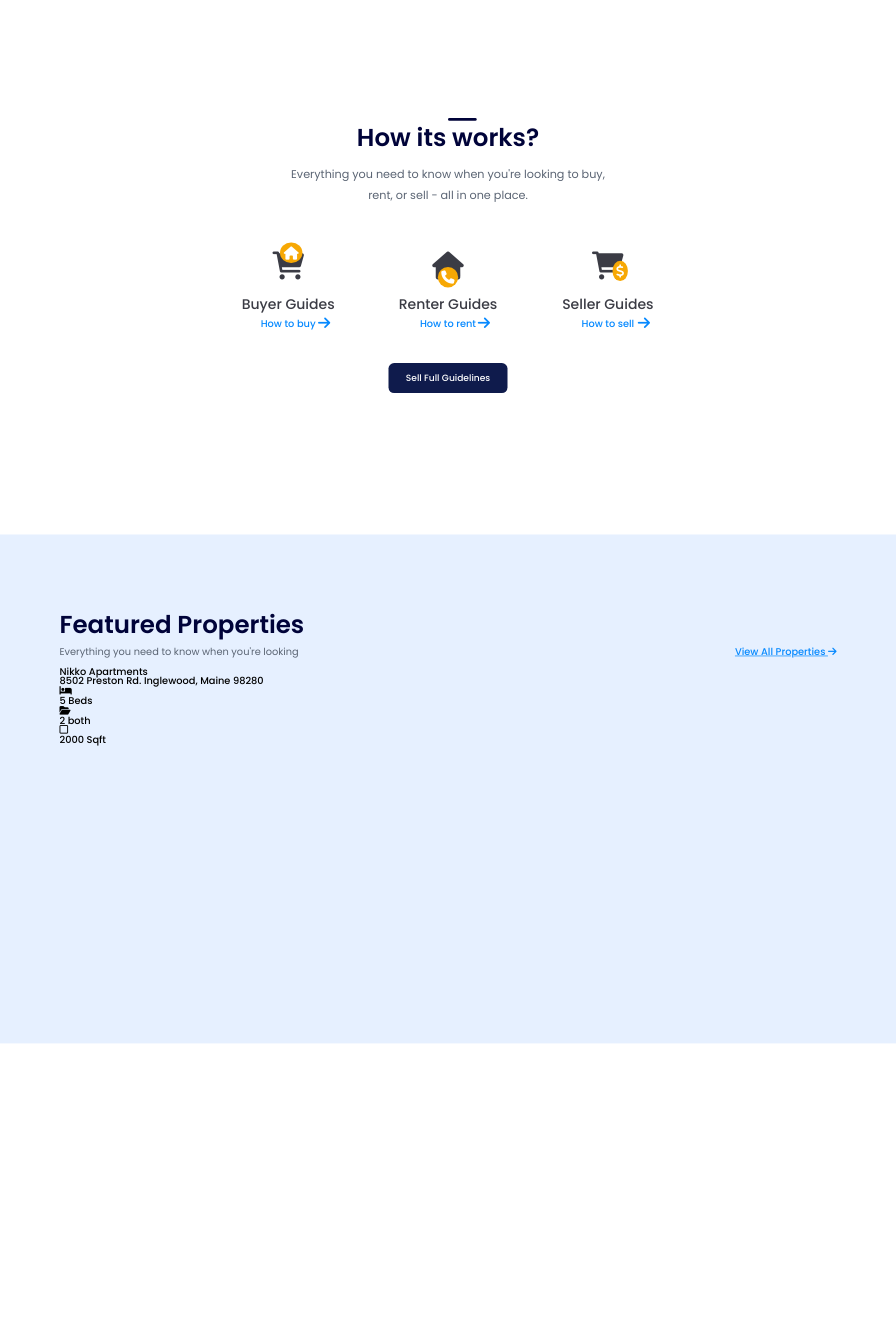
Repository: kauittt/f8-htmlcss-01
Page: index.html
These files come from the project's save history. The page is drawn as it stood at one moment and after the next save; the edit follows.
The browser window is 1280 px wide. The pictures show the part of the page from y = 991 to 2911 px (the page is 2911 px tall), at 70% of full size.

Above is the page before, as saved 2023-01-01 10:36:25.

After the next save:
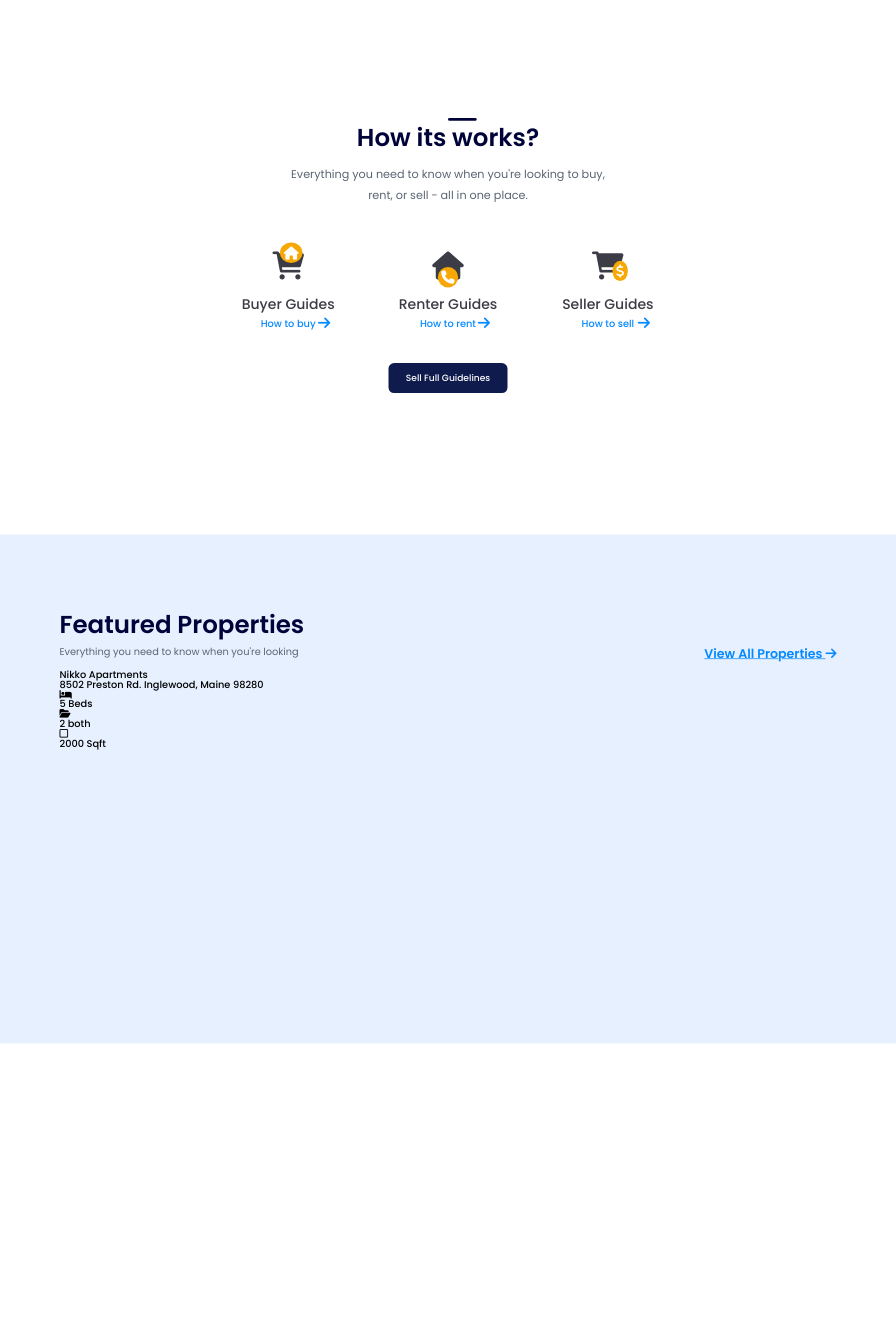
Saved 15 s later.
--- a/assets/css/styles.css
+++ b/assets/css/styles.css
@@ -295,6 +295,8 @@ body {
 
 .feature-more__link {
     color: #0689ff;
+    font-weight: 600;
+    font-size: 1.8rem;
 }
 
 .feature-wrap {
